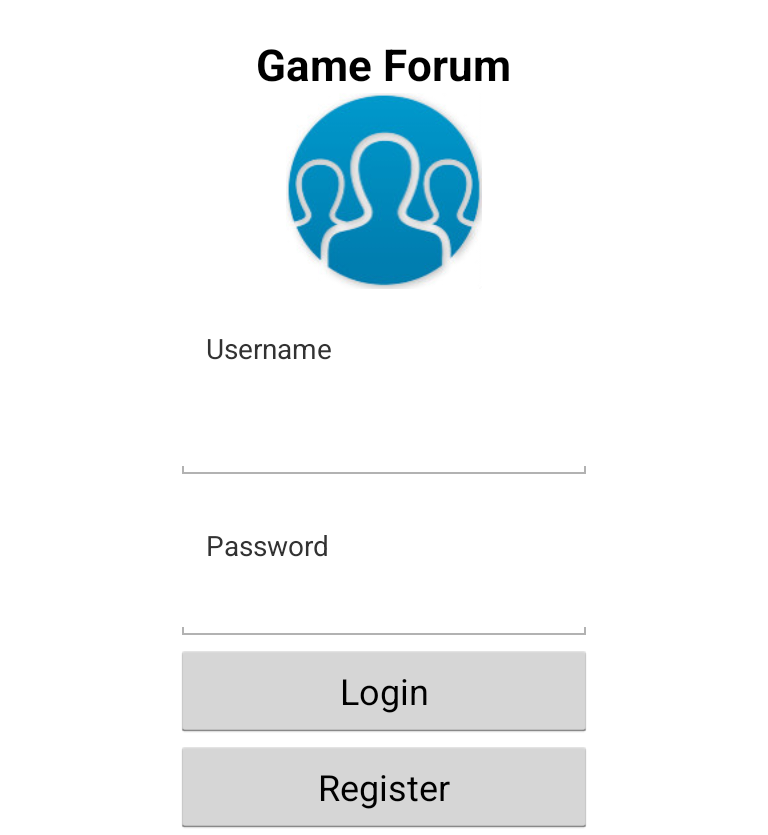
Repository: yuanpeixin/Project
Layout: GameForum/res/layout/login.xml
The author's editor kept a copy of each file at every save. The layout is drawn from the files as they stood at one save, then again after the next save.
The pictures show rows 0 to 835 of an output 1280 px tall.
Pictures or frames that could not be fetched are drawn as grey boxes. It is drawn on a 768 x 1280 px phone screen (xhdpi) without system bars, with theme AppTheme; the app's code is not run.

Above is the layout before, as saved 2015-10-05 04:12:35.

### GameForum/res/layout/login.xml
<?xml version="1.0" encoding="utf-8"?>
<RelativeLayout xmlns:android="http://schemas.android.com/apk/res/android"
    xmlns:ads="http://schemas.android.com/apk/res-auto"
    xmlns:tools="http://schemas.android.com/tools"
    android:layout_width="match_parent"
    android:layout_height="match_parent" >

    <TextView
        android:id="@+id/textView2"
        android:layout_width="wrap_content"
        android:layout_height="wrap_content"
        android:layout_alignParentTop="true"
        android:layout_centerHorizontal="true"
        android:layout_marginTop="17dp"
        android:gravity="center"
        android:text="Game Forum"
        android:textAppearance="?android:attr/textAppearanceLarge"
        android:textStyle="bold" />

    <ImageView
        android:id="@+id/imageView1"
        android:layout_width="wrap_content"
        android:layout_height="wrap_content"
        android:layout_below="@+id/textView2"
        android:layout_centerHorizontal="true"
        android:src="@drawable/forum_icon" />

    <TextView
        android:id="@+id/textView1"
        android:layout_width="wrap_content"
        android:layout_height="wrap_content"
        android:layout_alignLeft="@+id/TextView01"
        android:layout_below="@+id/imageView1"
        android:layout_marginTop="20dp"
        android:text="Username" />

    <TextView
        android:id="@+id/TextView01"
        android:layout_width="wrap_content"
        android:layout_height="wrap_content"
        android:layout_alignLeft="@+id/username"
        android:layout_below="@+id/username"
        android:layout_marginLeft="16dp"
        android:layout_marginTop="22dp"
        android:text="Password" />

    <EditText
        android:id="@+id/password"
        android:layout_width="wrap_content"
        android:layout_height="wrap_content"
        android:layout_below="@+id/TextView01"
        android:layout_centerHorizontal="true"
        android:ems="10"
        android:inputType="textPassword" />

    <EditText
        android:id="@+id/username"
        android:layout_width="wrap_content"
        android:layout_height="wrap_content"
        android:layout_alignLeft="@+id/password"
        android:layout_below="@+id/textView1"
        android:layout_marginTop="18dp"
        android:ems="10" />

    <Button
        android:id="@+id/register"
        android:layout_width="wrap_content"
        android:layout_height="wrap_content"
        android:layout_alignLeft="@+id/login"
        android:layout_alignRight="@+id/login"
        android:layout_below="@+id/login"
        android:text="Register" />

    <Button
        android:id="@+id/login"
        android:layout_width="wrap_content"
        android:layout_height="wrap_content"
        android:layout_alignLeft="@+id/password"
        android:layout_alignRight="@+id/username"
        android:layout_below="@+id/password"
        android:text="Login" />

    <com.google.android.gms.ads.AdView
        android:id="@+id/adView"
        android:layout_width="wrap_content"
        android:layout_height="wrap_content"
        android:layout_alignParentBottom="true"
        android:layout_centerHorizontal="true"
        android:layout_below="@+id/register"
        ads:adSize="BANNER"
        ads:adUnitId="ca-app-pub-3673983865885023/6245257391" >
    </com.google.android.gms.ads.AdView>

</RelativeLayout>

### GameForum/res/values/styles.xml
<resources>

    <!--
        Base application theme, dependent on API level. This theme is replaced
        by AppBaseTheme from res/values-vXX/styles.xml on newer devices.
    -->
    <style name="AppBaseTheme" parent="android:Theme.Light">
        <!--
            Theme customizations available in newer API levels can go in
            res/values-vXX/styles.xml, while customizations related to
            backward-compatibility can go here.
        -->
    </style>

    <!-- Application theme. -->
    <style name="AppTheme" parent="AppBaseTheme">
        <!-- All customizations that are NOT specific to a particular API-level can go here. -->
    </style>



    <style name="WhiteText">
        <item name="android:layout_width">fill_parent</item>
        <item name="android:layout_height">wrap_content</item>
        <item name="android:textColor">#ffffff</item>
        <item name="android:gravity">center</item>
        <item name="android:layout_margin">1dp</item>
        <item name="android:textSize">18sp</item>
        <item name="android:textStyle">bold</item>
        <item name="android:shadowColor">#000000</item>
        <item name="android:shadowDx">1</item>
        <item name="android:shadowDy">1</item>
        <item name="android:shadowRadius">2</item>
    </style>

      <style name="BlackText">
        <item name="android:layout_width">fill_parent</item>
        <item name="android:layout_height">wrap_content</item>
        <item name="android:textColor">#000000</item>
        <item name="android:gravity">center</item>
        <item name="android:layout_margin">5dp</item>
        <item name="android:textSize">25sp</item>
        <item name="android:textStyle">bold</item>
        <item name="android:shadowColor">#ffffff</item>
        <item name="android:shadowDx">1</item>
        <item name="android:shadowDy">1</item>
        <item name="android:shadowRadius">2</item>
    </style>

</resources>

Loaded but not shown: GameForum/res/values-v11/styles.xml (common file); GameForum/res/values-v14/styles.xml (common file)

After the next save:
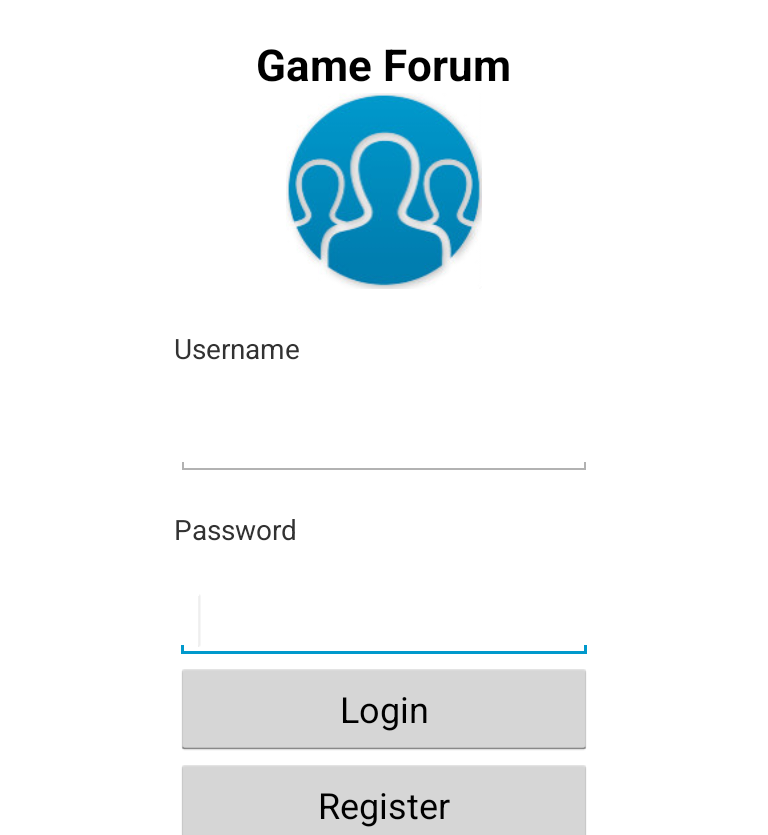
Saved 3 min 15 s later.
--- a/GameForum/res/layout/login.xml
+++ b/GameForum/res/layout/login.xml
@@ -34,34 +34,6 @@
         android:layout_marginTop="20dp"
         android:text="Username" />
 
-    <TextView
-        android:id="@+id/TextView01"
-        android:layout_width="wrap_content"
-        android:layout_height="wrap_content"
-        android:layout_alignLeft="@+id/username"
-        android:layout_below="@+id/username"
-        android:layout_marginLeft="16dp"
-        android:layout_marginTop="22dp"
-        android:text="Password" />
-
-    <EditText
-        android:id="@+id/password"
-        android:layout_width="wrap_content"
-        android:layout_height="wrap_content"
-        android:layout_below="@+id/TextView01"
-        android:layout_centerHorizontal="true"
-        android:ems="10"
-        android:inputType="textPassword" />
-
-    <EditText
-        android:id="@+id/username"
-        android:layout_width="wrap_content"
-        android:layout_height="wrap_content"
-        android:layout_alignLeft="@+id/password"
-        android:layout_below="@+id/textView1"
-        android:layout_marginTop="18dp"
-        android:ems="10" />
-
     <Button
         android:id="@+id/register"
         android:layout_width="wrap_content"
@@ -91,4 +63,35 @@
         ads:adUnitId="ca-app-pub-3673983865885023/6245257391" >
     </com.google.android.gms.ads.AdView>
 
+    <EditText
+        android:id="@+id/username"
+        android:layout_width="wrap_content"
+        android:layout_height="wrap_content"
+        android:layout_alignLeft="@+id/textView1"
+        android:layout_below="@+id/textView1"
+        android:layout_marginTop="16dp"
+        android:ems="10" />
+
+    <TextView
+        android:id="@+id/TextView01"
+        android:layout_width="wrap_content"
+        android:layout_height="wrap_content"
+        android:layout_alignLeft="@+id/password"
+        android:layout_below="@+id/username"
+        android:layout_marginTop="16dp"
+        android:text="Password" />
+
+    <EditText
+        android:id="@+id/password"
+        android:layout_width="wrap_content"
+        android:layout_height="wrap_content"
+        android:layout_below="@+id/TextView01"
+        android:layout_centerHorizontal="true"
+        android:layout_marginTop="17dp"
+        android:ems="10"
+        android:inputType="textPassword" >
+
+        <requestFocus />
+    </EditText>
+
 </RelativeLayout>
